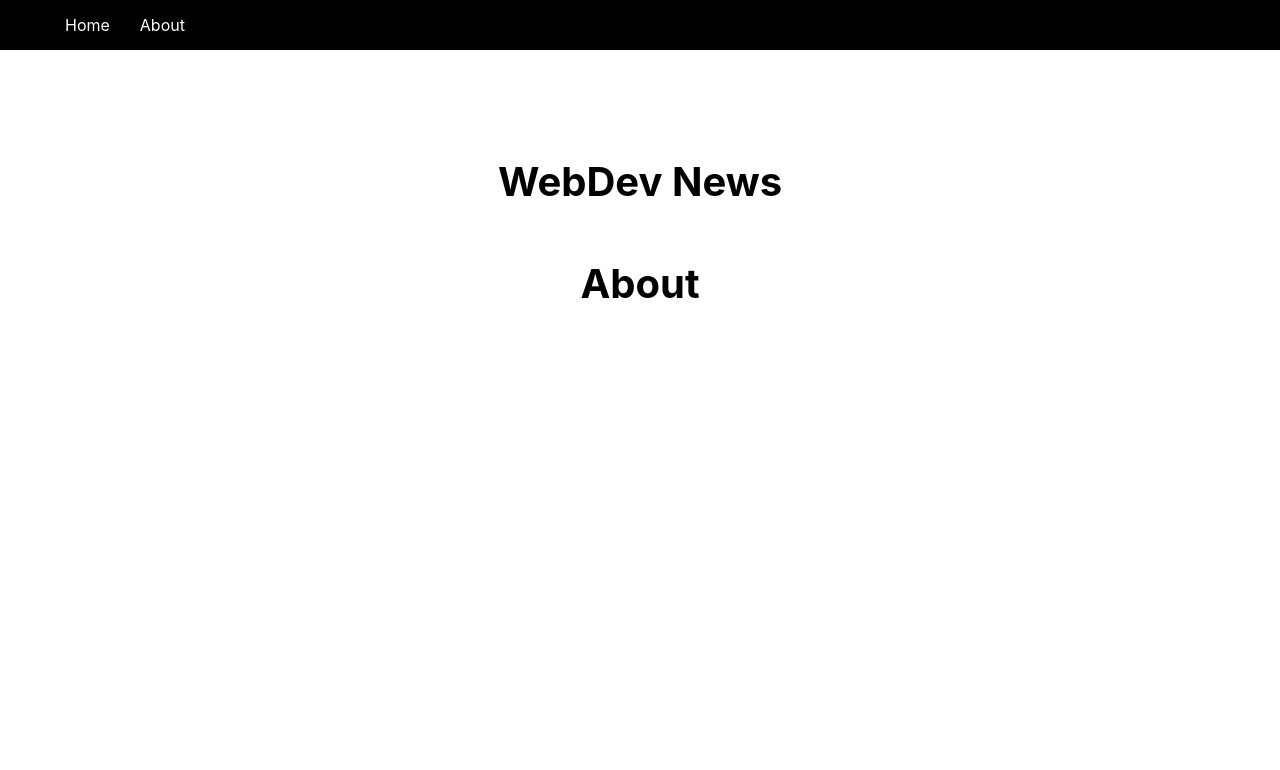
Repository: jasmina94/first-next-app
Page: /about
The author's editor kept a copy of each file at every save. The page is drawn from the files as they stood at one save, then again after the next save.
The browser window is 1280 px wide. The pictures show the whole page.
The project was rebuilt for these pictures with package versions that can differ from the ones it lists, and the page was loaded fresh each time. Some packages were replaced by stand-ins written for this rebuild. The framework's server and built-in components were replaced by stand-ins that run in the browser. Also part of the build but not shown: next.config.js, styles/Header.module.css.

Above is the page before, as saved 2021-07-23 16:33:17.

### pages/_app.js
import Layout from '../components/Layout';
import '../styles/globals.css'

//Wrapper about all Page components
function MyApp({ Component, pageProps }) {
  return (
    <Layout>
      <Component {...pageProps} />
    </Layout>
  )
}

export default MyApp

### pages/about.js
import Head from 'next/head'

const about = () => {
    return (
        <div>
            <Head>
                <title>About</title>
                <meta name='keywords' />
            </Head>
            <h1>About</h1>
        </div>
    )
}

export default about;

### components/Layout.js
import Nav from './Nav';
import Header from './Header';
import styles from '../styles/Layout.module.css';

const Layout = ({ children }) => {
    return (
        <>
            <Nav />
            <div className={styles.container}>
                <main className={styles.main}>
                    <Header/>
                    {children}
                </main>
            </div>
        </>
    )
}

export default Layout;

### components/Nav.js
import navStyles from '../styles/Nav.module.css';
import Link from 'next/link';

const Nav = () => {
    return (
        <nav className={navStyles.nav}>
            <ul>
                <li>
                    <Link href='/'>Home</Link>
                </li>
                <li>
                    <Link href='/'>About</Link>
                </li>
            </ul>
        </nav>
    )
}

export default Nav;

### components/Header.js
import headerStyles from '../styles/Header.module.css';

const Header = () => {
    return (
        <div>
            <h1 className="title">
                <span>WebDev</span> News
            </h1>
            <style jsx>
                {`
                    .title {
                        color: res
                    }
                `}
            </style>
        </div>
    )
}

export default Header;

### styles/Layout.module.css
.container {
  min-height: 100vh;
  padding: 0 0.5rem;
  display: flex;
  flex-direction: column;
  justify-content: flex-start;
  align-items: center;
  height: 100vh;
}

.main {
  padding: 5rem 0;
  flex: 1;
  display: flex;
  flex-direction: column;
  justify-content: flex-start;
  align-items: center;
  font-size: 1.25rem;
}

.footer {
  width: 100%;
  height: 100px;
  border-top: 1px solid #eaeaea;
  display: flex;
  justify-content: center;
  align-items: center;
}

.footer a {
  display: flex;
  justify-content: center;
  align-items: center;
  flex-grow: 1;
}

.title a {
  color: #0070f3;
  text-decoration: none;
}

.title a:hover,
.title a:focus,
.title a:active {
  text-decoration: underline;
}

.title {
  margin: 0;
  line-height: 1.15;
  font-size: 4rem;
}

.title,
.description {
  text-align: center;
}

.description {
  line-height: 1.5;
  font-size: 1.5rem;
}

.code {
  background: #fafafa;
  border-radius: 5px;
  padding: 0.75rem;
  font-size: 1.1rem;
  font-family: Menlo, Monaco, Lucida Console, Liberation Mono, DejaVu Sans Mono,
    Bitstream Vera Sans Mono, Courier New, monospace;
}

.grid {
  display: flex;
  align-items: center;
  justify-content: center;
  flex-wrap: wrap;
  max-width: 800px;
  margin-top: 3rem;
}

.card {
  margin: 1rem;
  padding: 1.5rem;
  text-align: left;
  color: inherit;
  text-decoration: none;
  border: 1px solid #eaeaea;
  border-radius: 10px;
  transition: color 0.15s ease, border-color 0.15s ease;
  width: 45%;
}

.card:hover,
.card:focus,
.card:active {
  color: #0070f3;
  border-color: #0070f3;
}

.card h2 {
  margin: 0 0 1rem 0;
  font-size: 1.5rem;
}

.card p {
  margin: 0;
  font-size: 1.25rem;
  line-height: 1.5;
}

.logo {
  height: 1em;
  margin-left: 0.5rem;
}

@media (max-width: 600px) {
  .grid {
    width: 100%;
    flex-direction: column;
  }
}

Loaded but not shown: styles/globals.css (common file); styles/Nav.module.css (common file)

After the next save:
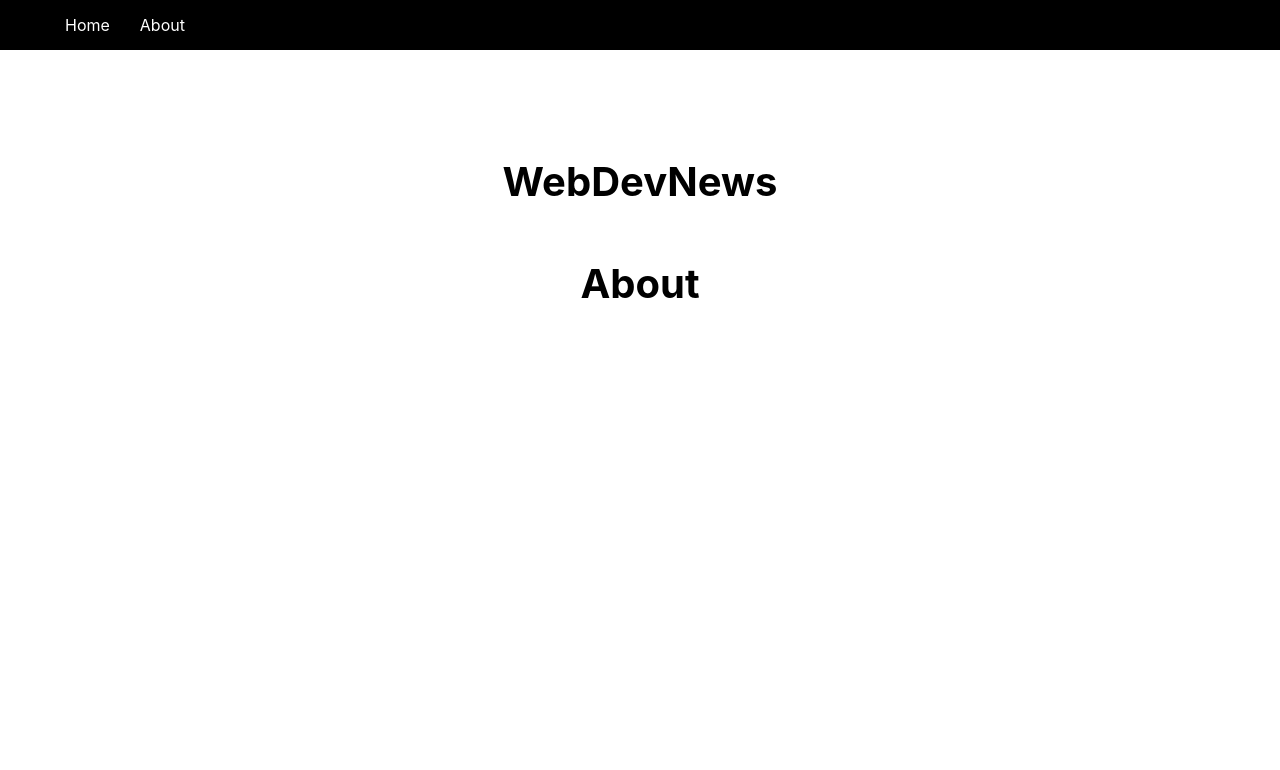
Saved 5 s later.
--- a/components/Header.js
+++ b/components/Header.js
@@ -4,7 +4,7 @@
     return (
         <div>
             <h1 className="title">
-                <span>WebDev</span> News
+                <span>WebDev</span>News
             </h1>
             <style jsx>
                 {`
